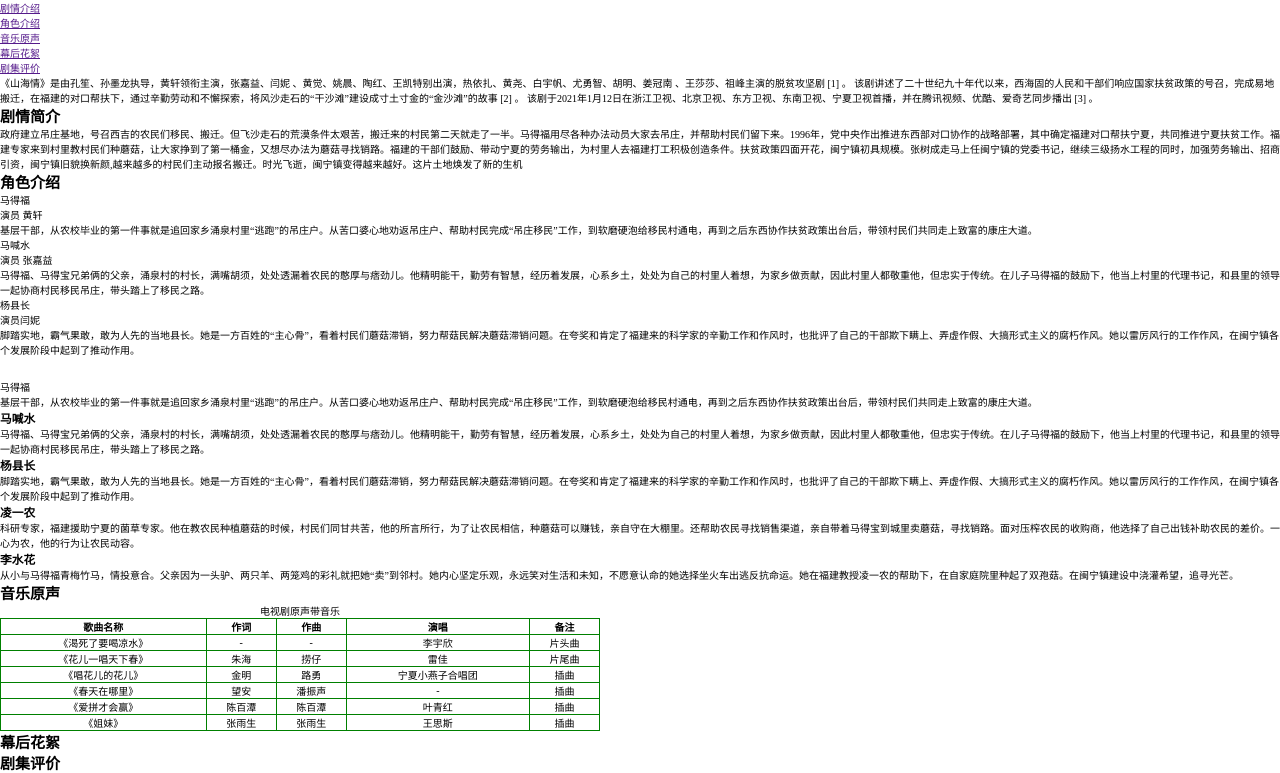
Repository: Lixianlai-2/static-website
Page: index.html
An editor plug-in stored every save of this project. The page is shown before and after the next save, followed by the edit.
The browser window is 1280 px wide. The pictures show the whole page.

Above is the page before, as saved 2021-11-30 20:19:59.

After the next save:
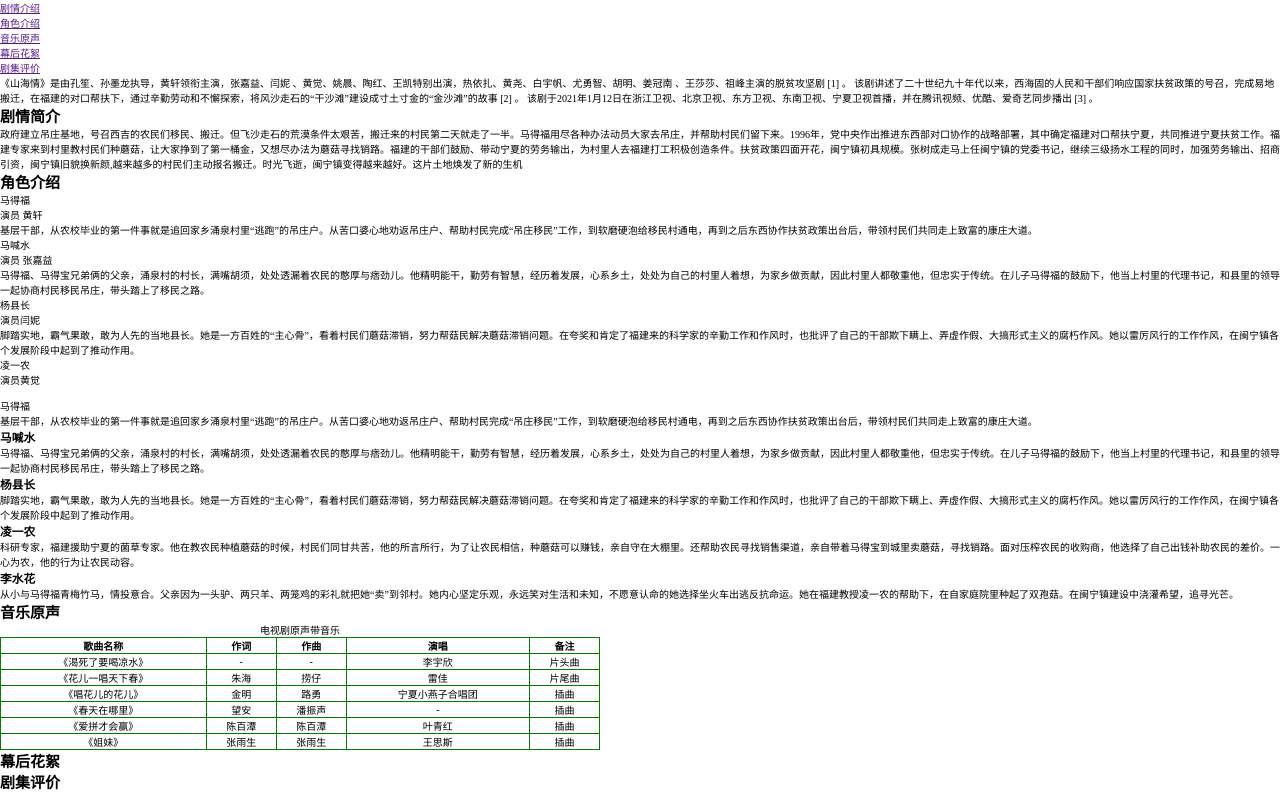
Saved 105 s later.
--- a/index.html
+++ b/index.html
@@ -128,9 +128,10 @@
         <dl>
           <dt>
             <div class="role-name">
-              <span class="item-value"></span>
-              <div class="role-actor">
-                <span class="item-key"></span><span class="item-value"></span>
+              <span class="item-value">凌一农</span>
+              <div class="role-actor">
+                <span class="item-key">演员</span
+                ><span class="item-value">黄觉</span>
                 <dl></dl>
               </div>
             </div>
